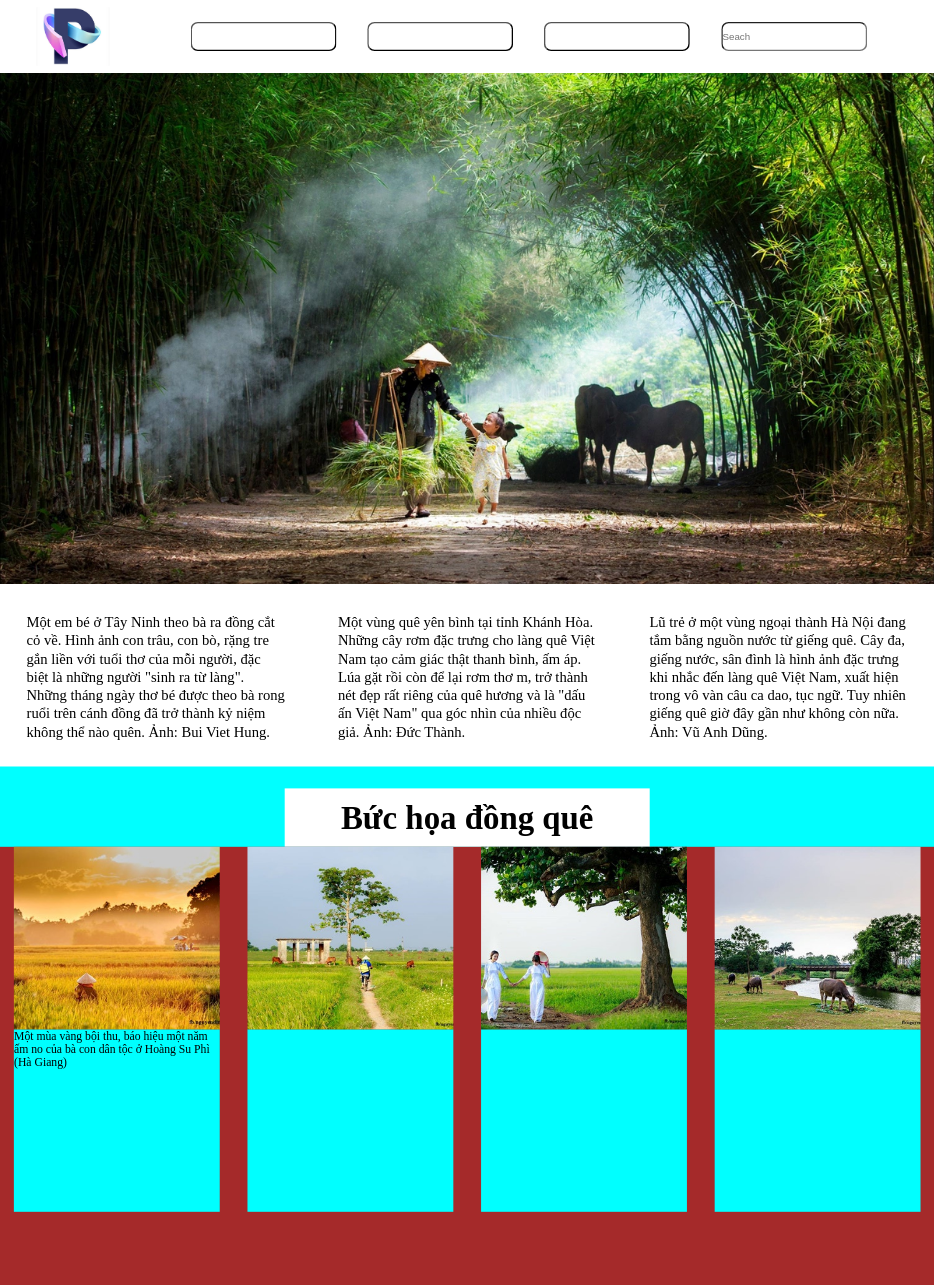
Repository: thinh909thinh/Thi
Page: index.html
These files come from the project's save history. The page is drawn as it stood at one moment and after the next save; the edit follows.
The browser window is 1280 px wide. The pictures show the whole page, at 73% of full size.

Above is the page before, as saved 2022-05-13 09:29:23.

### index.html
<!DOCTYPE html>
<html lang="en">

<head>
    <meta charset="UTF-8">
    <meta http-equiv="X-UA-Compatible" content="IE=edge">
    <meta name="viewport" content="width=device-width, initial-scale=1.0">
    <link rel="stylesheet" href="main.css">
    <title>Document</title>
</head>

<body>
    <header>
        <div class="img">
            <img src="./img/logo.jpg" alt="">
        </div>
        <div class="btn_s">
            <button></button>
            <button></button>
            <button></button>
            <input type="text" placeholder="Seach">
        </div>
    </header>
    <section>
        <div class="imgbg">
            <img src="./img/gb.webp" alt="">
        </div>
        <div class="all_text">
            <div class="text">
                <p>Một em bé ở Tây Ninh theo bà ra đồng cắt cỏ về.
                    Hình ảnh con trâu, con bò, rặng tre gắn liền với tuổi thơ của mỗi người,
                    đặc biệt là những người "sinh ra từ làng".
                    Những tháng ngày thơ bé được theo bà rong ruổi trên cánh
                    đồng đã trở thành kỷ niệm không thể nào quên. Ảnh: Bui Viet Hung.</p>
            </div>
            <div class="text">
                <p>
                    Một vùng quê yên bình tại tỉnh Khánh Hòa. Những cây rơm đặc trưng cho làng
                    quê Việt Nam tạo cảm giác thật thanh bình, ấm áp. Lúa gặt rồi còn để lại rơm thơ
                    m, trở thành nét đẹp rất riêng của quê hương và là "dấu ấn Việt Nam" qua
                    góc nhìn của nhiều độc giả. Ảnh: Đức Thành.
                </p>
            </div>
            <div class="text">
                <p>
                    Lũ trẻ ở một vùng ngoại thành Hà Nội đang tắm bằng nguồn nước từ giếng quê. Cây đa, giếng nước,
                    sân đình là hình ảnh đặc trưng khi nhắc đến làng quê Việt Nam,
                    xuất hiện trong vô vàn câu ca dao, tục ngữ. Tuy nhiên giếng quê giờ đây gần như không còn nữa. Ảnh:
                    Vũ Anh Dũng.
                </p>
            </div>
        </div>
        <div class="main">
            <div class="h2">
                <h2>Bức họa đồng quê </h2>
            </div>
            <div class="big_card">
                <div class="card">
                    <div class="card_top">
                        <img src="./img/dong_que_1.jpg" alt="">
                    </div>
                    <div class="card_bot">
                        <p>
                            Một mùa vàng bội thu, báo hiệu một năm ấm no của bà con dân tộc ở Hoàng Su Phì (Hà Giang)
                        </p>
                    </div>
                </div>
                <div class="card">
                    <div class="card_top">
                        <img src="./img/dong_que_2.jpg" alt="">
                    </div>
                    <div class="card_bot"></div>
                </div>
                <div class="card">
                    <div class="card_top">
                        <img src="./img/dong_que_3.jpg" alt="">
                    </div>
                    <div class="card_bot"></div>
                </div>
                <div class="card">
                    <div class="card_top">
                        <img src="./img/dong_que_4.jpg" alt="">
                    </div>
                    <div class="card_bot"></div>
                </div>
            </div>
        </div>
    </section>
</body>

</html>

### main.css
*{
    padding: 0;
    margin: 0;
    box-sizing: border-box;
}
header{
    width: 100%;
    height: 100px;
    display: flex;
    justify-content: space-between;
    align-items: center;
}
.btn_s{
    width: 1200px;
    height: 100px;
    display: flex;
    justify-content: space-evenly;
    align-items: center;
    margin-right: 50px;

}
input{
    width: 200px;
    height: 40px;
    border-radius: 10px;
}
.img{
    width: 200px;
    height: 80px;
    margin-left: 50px;
}
.img img{
    width: 100px;
    height: 100%;
    object-fit: cover;
}
button{
    width: 200px;
    height: 40px;
    border-radius: 10px;
    cursor: pointer;
    background-color: white;

}
.imgbg{
    width: 100%;
    height: 700px;
}
.imgbg img{
    width: 100%;
    height: 100%;
    object-fit: cover;
}
.all_text{
    width: 100%;
    height: 250px;
    display: flex;
    justify-content: space-around;
    align-items: center;
}
.all_text .text{
    width: 30%;
    height: 200px;
}
.all_text .text p{
    font-size: 20px;
    line-height: 25px;
    padding: 15px;
}
.main{
    width: 100%;
    height: 700px;
    background-color: aqua;
    padding-top:30px ;
}
.main .h2{
    width: 500px;
    height: 80px;
    background-color: white;
    margin: 0 auto;
    font-size: 30px;
    text-align: center;
    line-height: 80px;

}
.main .big_card{
    width: 100%;
    height: 600px;
    background-color: brown;
    display: flex;
    justify-content: space-around;
}
.main .big_card .card{
    width: 22%;
    height: 100%;

}
.main .big_card .card .card_top{
    width: 100%;
    height:250px ;
    background-color: aqua;
}
.main .big_card .card .card_bot{
    width: 100%;
    height:250px ;
    background-color: aqua;
}
.main .big_card .card .card_top img{
    width: 100%;
    height: 100%;
    object-fit: cover;
}

After the next save:
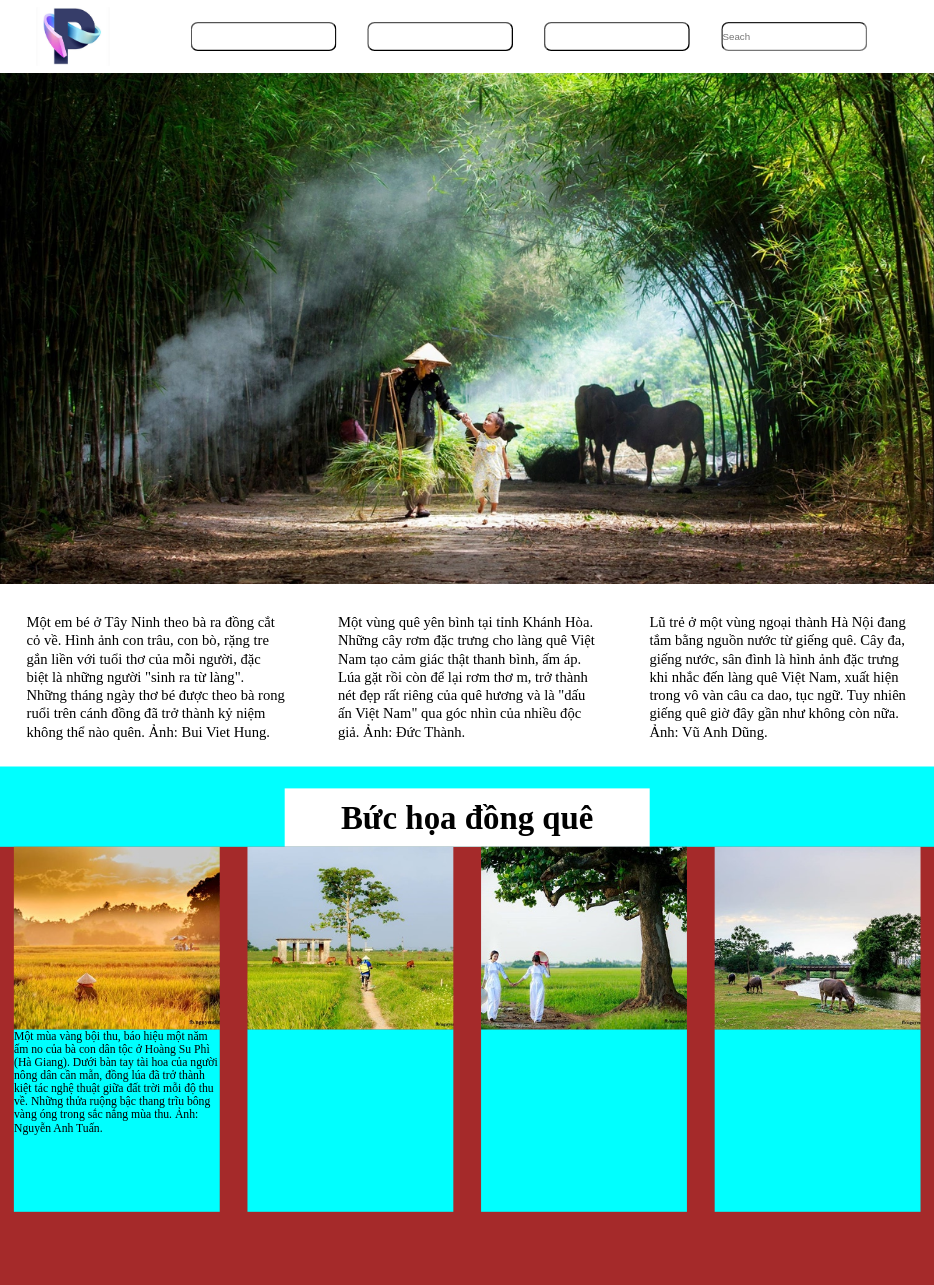
Saved 23 s later.
--- a/index.html
+++ b/index.html
@@ -61,7 +61,9 @@
                     </div>
                     <div class="card_bot">
                         <p>
-                            Một mùa vàng bội thu, báo hiệu một năm ấm no của bà con dân tộc ở Hoàng Su Phì (Hà Giang)
+                            Một mùa vàng bội thu, báo hiệu một năm ấm no của bà con dân tộc ở Hoàng
+                            Su Phì (Hà Giang). Dưới bàn tay tài hoa của người nông dân cần mẫn, đồng lúa đã trở thành kiệt tác nghệ thuật giữa đất trời mỗi độ thu về.
+                             Những thửa ruộng bậc thang trĩu bông vàng óng trong sắc nắng mùa thu. Ảnh: Nguyễn Anh Tuấn.
                         </p>
                     </div>
                 </div>
